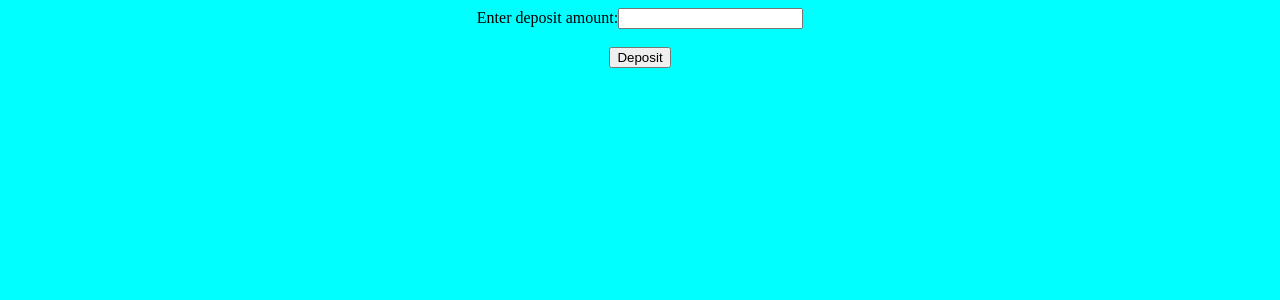
Repository: rosikraj/TurbifyTraining
Page: http://localhost/Wallet/Deposit.jsp
These files come from the project's save history. The page is drawn as it stood at one moment and after the next save; the edit follows.
The browser window is 1280 px wide. The pictures show the whole page.
The page is served by Tomcat 9.

Above is the page before, as saved 2023-09-24 06:05:01.

After the next save:
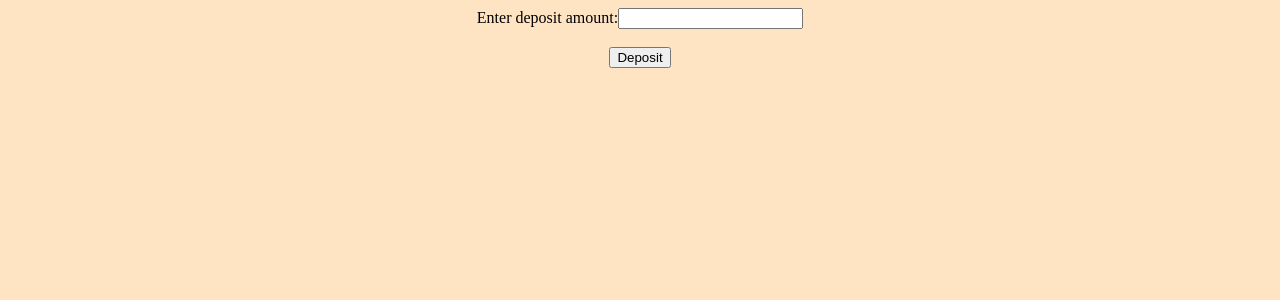
Saved 6 min 54 s later.
--- a/Wallet/WebContent/Deposit.jsp
+++ b/Wallet/WebContent/Deposit.jsp
@@ -11,7 +11,7 @@
 <meta http-equiv="Content-Type" content="text/html; charset=ISO-8859-1">
 <title>Insert title here</title>
 </head>
-<body bgcolor="cyan">
+<body bgcolor="Bisque">
 <form method="post" action="Deposit"><center>
 Enter deposit amount:<input type="number" name="deposit"><br><br>
 <input type="submit" value="Deposit"></form></center>
